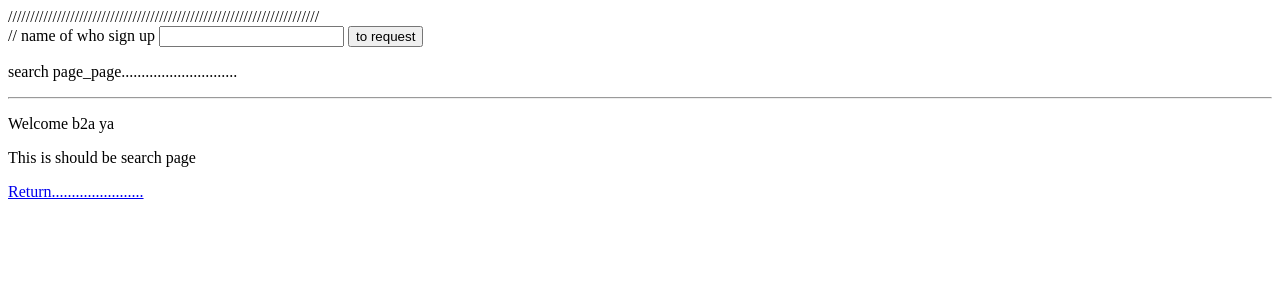
Repository: 20120090/Go_SW
Page: http://localhost/SocialNetwork/jsp/search.jsp
The author's editor kept a copy of each file at every save. The page is drawn from the files as they stood at one save, then again after the next save.
The browser window is 1280 px wide. The pictures show the whole page.
The page is served by Tomcat 9. The template is opened directly, without the code that normally fills it, so the values that code supplies are empty.

Above is the page before, as saved 2015-03-09 16:42:35.

After the next save:
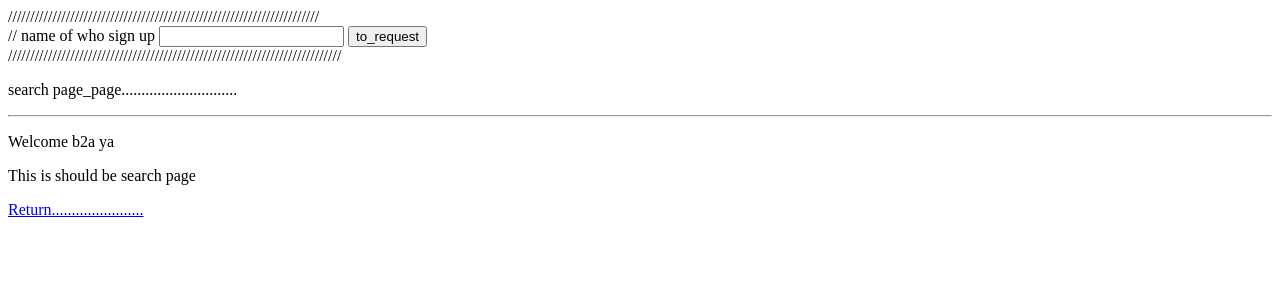
Saved 102 s later.
--- a/SocialNetwork/war/jsp/search.jsp
+++ b/SocialNetwork/war/jsp/search.jsp
@@ -16,11 +16,11 @@
 // name of who sign up
 <input type="text"   value=${it.name}>
 
-<input type="submit" value="to request">
+<input type="submit" value="to_request">
 </form>
 
 
-
+///////////////////////////////////////////////////////////////////////////
 
 
 
